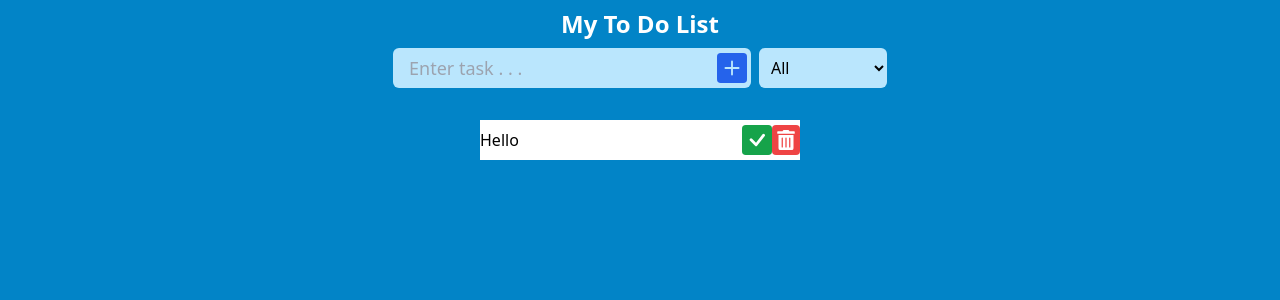
Repository: SaadYasin/react-to-do-list
Page: /
These files come from the project's save history. The page is drawn as it stood at one moment and after the next save; the edit follows.
The browser window is 1280 px wide. The pictures show the whole page.
The project was rebuilt for these pictures with package versions that can differ from the ones it lists, and the page was loaded fresh each time. Also part of the build but not shown: src/App.css.

Above is the page before, as saved 2022-11-10 23:10:19.

After the next save:
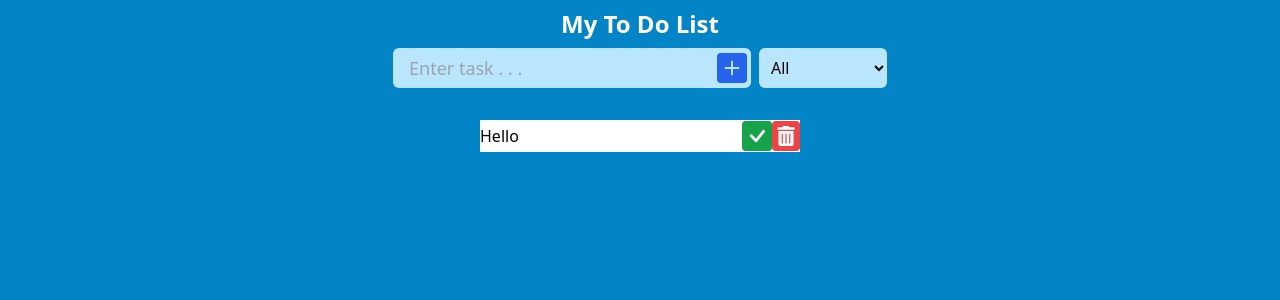
Saved 6 s later.
--- a/src/components/Todo.js
+++ b/src/components/Todo.js
@@ -3,7 +3,7 @@ import { BsCheckSquareFill } from "react-icons/bs";
 import { FaTrashAlt } from "react-icons/fa";
 const Todo = () => {
   return (
-    <div className="flex justify-between items-center mt-8 w-80 h-10 bg-white">
+    <div className="flex justify-between items-center mt-8 w-80 h-8 bg-white">
       <li>Hello</li>
 
       <div className="flex">
